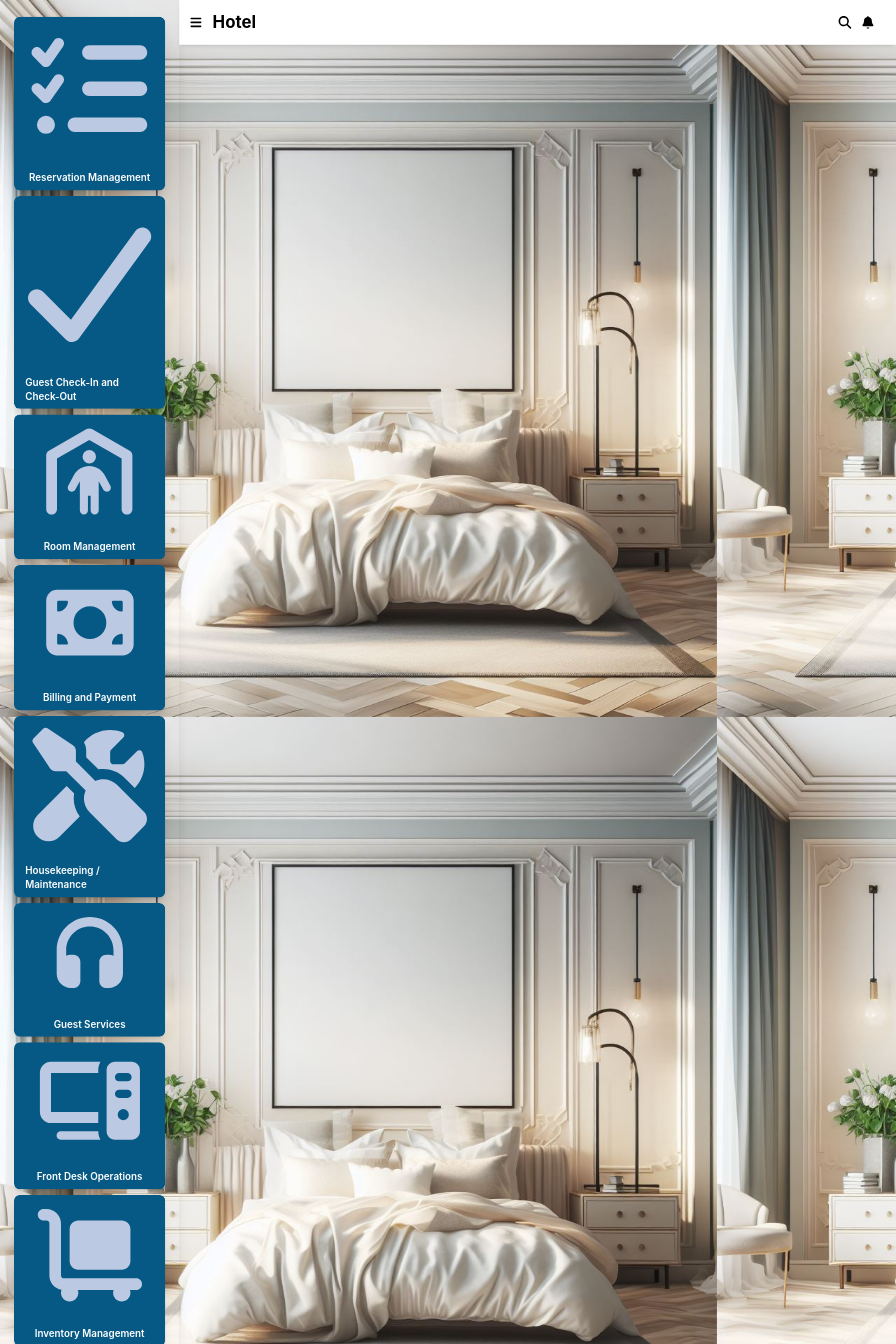
Repository: musabismael/Hotel
Page: /
The author's editor kept a copy of each file at every save. The page is drawn from the files as they stood at one save, then again after a run of saves.
The browser window is 1280 px wide. The pictures show the part of the page from y = 0 to 1920 px (the page is 3016 px tall before and 720 px after), at 70% of full size.
The project was rebuilt for these pictures with package versions that can differ from the ones it lists, and the page was loaded fresh each time. Also part of the build but not shown: vite.config.js, src/App.css, src/pages/ReservationManagement.jsx, src/pages/GuestCheckInOut.jsx, src/pages/RoomManagement.jsx, src/pages/BillingPayment.jsx, src/pages/HousekeepingMaintenance.jsx, src/pages/GuestServices.jsx and 6 more.

Above is the page before, as saved 2023-10-01 18:59:36.

### index.html
<!doctype html>
<html lang="en">
  <head>
    <meta charset="UTF-8" />
    <link rel="icon" type="image/svg+xml" href="/vite.svg" />
    <meta name="viewport" content="width=device-width, initial-scale=1.0" />
    <title>Hotel</title>
  </head>
  <body>
    <div id="root"></div>
    <script type="module" src="/src/main.jsx"></script>
  </body>
</html>

### src/App.jsx
import "./App.css";
import { createBrowserRouter } from "react-router-dom";
import { RouterProvider } from "react-router";
import LandingPageLayout from "./layouts/LandingPageLayout";
import ReservationManagement from "./pages/ReservationManagement";
import GuestCheckInOut from "./pages/GuestCheckInOut";
import RoomManagement from "./pages/RoomManagement";
import BillingPayment from "./pages/BillingPayment";
import HousekeepingMaintenance from "./pages/HousekeepingMaintenance";
import GuestServices from "./pages/GuestServices";
import FrontDeskOperations from "./pages/FrontDeskOperations";
import InventoryManagement from "./pages/InventoryManagement";
import ReportingAnalytics from "./pages/ReportingAnalytics";
import SecurityAccessControl from "./pages/SecurityAccessControl";
import PointOfSale from "./pages/PointOfSale";
import CRM from "./pages/CRM"; // Import the CRM component
const router = createBrowserRouter([
  {
    path: "/",
    element: <LandingPageLayout />,
    children: [
      {
        path: "/reservation_management",
        element: <ReservationManagement />,
      },
      {
        path: "/guestCheckInOut",
        element: <GuestCheckInOut />,
      },
      {
        path: "/billing_and_payment",
        element: <BillingPayment />,
      },
      {
        path: "/room_management",
        element: <RoomManagement />,
      },
      {
        path: "/housekeeping_maintenance",
        element: <HousekeepingMaintenance />,
      },
      {
        path: "/guest_services",
        element: <GuestServices />,
      }, {
        path: "/desk_operations",
        element: <FrontDeskOperations />,
      }, {
        path: "/security_control",
        element: <SecurityAccessControl />,
      },
      {
        path: "/reporting_and_analytics",
        element: <ReportingAnalytics />,
      }, {
        path: "/inventory_management",
        element: <InventoryManagement />,
      },
      {
        path: "/pos",
        element: <PointOfSale />,
      },
      {
        path: "/crm",
        element: <CRM />,
      },
    ],
  },
]);

const App = () => <RouterProvider router={router} />;
export default App;

### src/index.css
@tailwind base;
@tailwind components;
@tailwind utilities;

:root {
  font-family: Inter, system-ui, Avenir, Helvetica, Arial, sans-serif;
  line-height: 1.5;
  font-weight: 400;
  background-image: url("cover.jpeg"), url("cover.jpeg");
  background-color:#397398;

  font-synthesis: none;
  text-rendering: optimizeLegibility;
  -webkit-font-smoothing: antialiased;
  -moz-osx-font-smoothing: grayscale;
  -webkit-text-size-adjust: 100%;
}

### src/layouts/LandingPageLayout.jsx
import { Outlet } from "react-router";
import Header from "../component/Header";
import Sidebar from "../component/Sidebar";
const LandingPageLayout = () => {
  return (
    <div className="flex #3d7c9f">
      <Sidebar />

      <div className="flex-1">
        <Header />
        <main className="p-4">
          <Outlet />
        </main>
      </div>
    </div>
  );
};

export default LandingPageLayout;

### src/component/Header.jsx
import { FontAwesomeIcon } from "@fortawesome/react-fontawesome";
import { faBars, faBell, faSearch } from "@fortawesome/free-solid-svg-icons";

function Header() {
  return (
    <header className="bg-white shadow-md p-4 flex justify-between items-center sticky top-0 w-full  ">
      <div className="flex items-center">
        <FontAwesomeIcon
          icon={faBars}
          className="text-black mr-4 text-lg color"
        />
        <h1 className="text-2xl font-bold text-black">Hotel</h1>
      </div>
      <div className="flex items-center">
        <FontAwesomeIcon icon={faSearch} className="text-black text-lg mr-4" />
        <FontAwesomeIcon icon={faBell} className="text-black text-lg mr-4" />

        {/* Add other icons or elements on the right side here */}
      </div>
    </header>
  );
}

export default Header;

### src/component/Sidebar.jsx
import Card from "./Card";
import {
  faPersonShelter,
  faListCheck,
  faCheck,
  faMoneyBill,
  faScrewdriverWrench,
  faHeadphones,
  faComputer,
  faCartFlatbed,
  faPersonMilitaryPointing,
  faChartBar,
  faKey,
  faBookmark,
} from "@fortawesome/free-solid-svg-icons";

const Sidebar = () => {
  const cardData = [
    {
      id: 1,
      title: "Reservation Management",
      description:
        "Online booking, availability calendar, and booking modification.",
      icon: faListCheck,
      link: "/reservation_management",
    },
    {
      id: 2,
      title: "Guest Check-In and Check-Out",
      description: "Guest registration, check-out, and key card issuance.",
      icon: faCheck,
      link: "/GuestCheckInOut",
    },
    {
      id: 3,
      title: "Room Management",
      description: "Room assignment, status updates, and inventory tracking.",
      icon: faPersonShelter,
      link: "/room_Management",
    },
    {
      id: 4,
      title: "Billing and Payment",
      description: "Invoicing, payment processing, and split billing.",
      icon: faMoneyBill,
      link: "/billing_and_payment",
    },
    {
      id: 5,
      title: "Housekeeping / Maintenance",
      description:
        "Housekeeping schedule, maintenance requests, and inventory management.",
      icon: faScrewdriverWrench,
      link: "/housekeeping_maintenance",
    },
    {
      id: 6,
      title: "Guest Services",
      description:
        "Concierge services, room service, wake-up calls, and laundry services.",
      icon: faHeadphones,
      link: "/guest_services",
    },
    {
      id: 7,
      title: "Front Desk Operations",
      description: "Guest inquiries, check-in/out, and guest profile access.",
      icon: faComputer,
      link: "/desk_operations",
    },
    {
      id: 8,
      title: "Inventory Management",
      description: "Managing hotel supplies and amenities.",
      icon: faCartFlatbed,
      link: "/inventory_management",
    },
    {
      id: 9,
      title: "Reporting and Analytics",
      description: "Generate reports on occupancy, revenue, and key metrics.",
      icon: faChartBar,
      link: "/reporting_and_analytics",
    },

    {
      id: 10,
      title: "Security and Access Control",
      description: "Surveillance camera integration and access control.",
      icon: faKey,
      link: "/security_control",
    },
    {
      id: 11,
      title: "Point of Sale (POS)",
      description:
        "Integration with on-site restaurants, bars, and gift shops.",
      icon: faBookmark,
      link: "/pos",
    },

    {
      id: 12,
      title: "Customer Relationship Management (CRM)",
      description: "Guest profiles, preferences, and loyalty programs.",
      icon: faPersonMilitaryPointing,
      link: "/crm",
    },

    // Add more service/feature objects here
  ];

  const handleCardClick = (id) => {
    console.log(`Card with ID ${id} clicked`);
  };
  return (
    <aside className="bg-white-700  w-1/5 min-h-screen p-4 shadow-lg overflow-y-hidden">
      <nav>
        {cardData.map((card) => (
          <Card
            key={card.id}
            link={card.link}
            icon={card.icon}
            title={card.title}
            onClick={() => handleCardClick(card.id)}
          />
        ))}
      </nav>
    </aside>
  );
};

export default Sidebar;

### src/component/Card.jsx
import { Link } from "react-router-dom";
import { FontAwesomeIcon } from "@fortawesome/react-fontawesome";
function Card({ link, icon, title, onClick }) {
  return (
    <div
      className="max-w-sm  mx-1 my-2 cursor-pointer shadow-lg rounded-lg overflow-hidden hover:shadow-xl transition duration-300 transform hover:scale-105"
      onClick={onClick}
    >
      <div className="bg-sky-800 rounded-lg overflow-hidden shadow-lg flex flex-col items-center justify-center">
        <Link to={link} className="text-blue-600 hover:text-blue-800">
          <FontAwesomeIcon
            icon={icon}
            size="2xs"
            className=" w-auto p-5 h-auto object-cover"
            style={{ color: "#bbc9e2" }}
          />

          <div className="px-4 py-2 items-center">
            <h3 className=" text-white text-sm  flex flex-col text-ellipsis items-center font-semibold">
              {title}
            </h3>
            {/* Add more content or description here if needed */}
          </div>
        </Link>
      </div>
    </div>
  );
}

export default Card;

### tailwind.config.js
/** @type {import('tailwindcss').Config} */
export default {
  content: [
    "./index.html",
    "./src/**/*.{js,ts,jsx,tsx}",
  ],
  theme: {
    extend: {
      fontFamily: {
        'custom': ['CustomFont', 'sans'],
      },
      textColor: {
        'custom': '#333333', // Custom text color
      },
    },
  },
  plugins: [],
}

Loaded but not shown: src/main.jsx (common file)

After the next 3 saves:
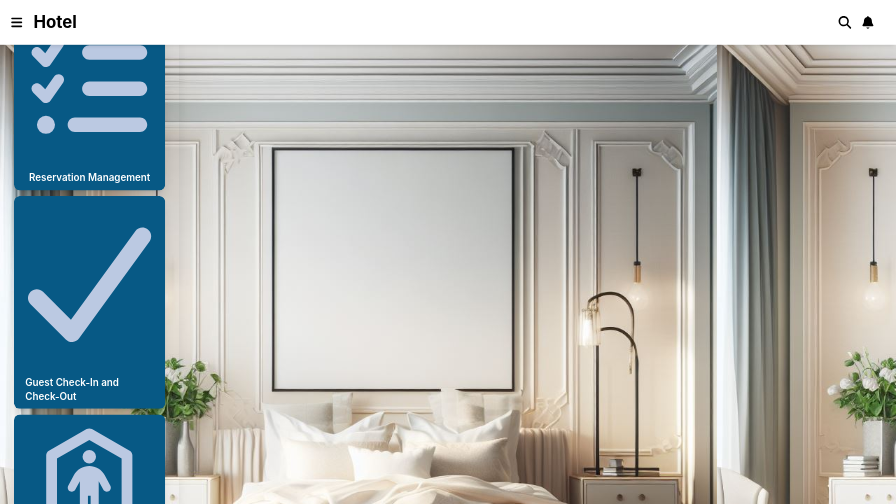
The 3 saves are shown as one change because they came seconds apart.
The last was saved 16 s later.
--- a/src/component/Sidebar.jsx
+++ b/src/component/Sidebar.jsx
@@ -114,7 +114,7 @@
     console.log(`Card with ID ${id} clicked`);
   };
   return (
-    <aside className="bg-white-700  w-1/5 min-h-screen p-4 shadow-lg overflow-y-hidden">
+    <aside className="bg-white-700  w-1/5 min-h-screen p-4 shadow-lg  fixed">
       <nav>
         {cardData.map((card) => (
           <Card

After the save that followed:
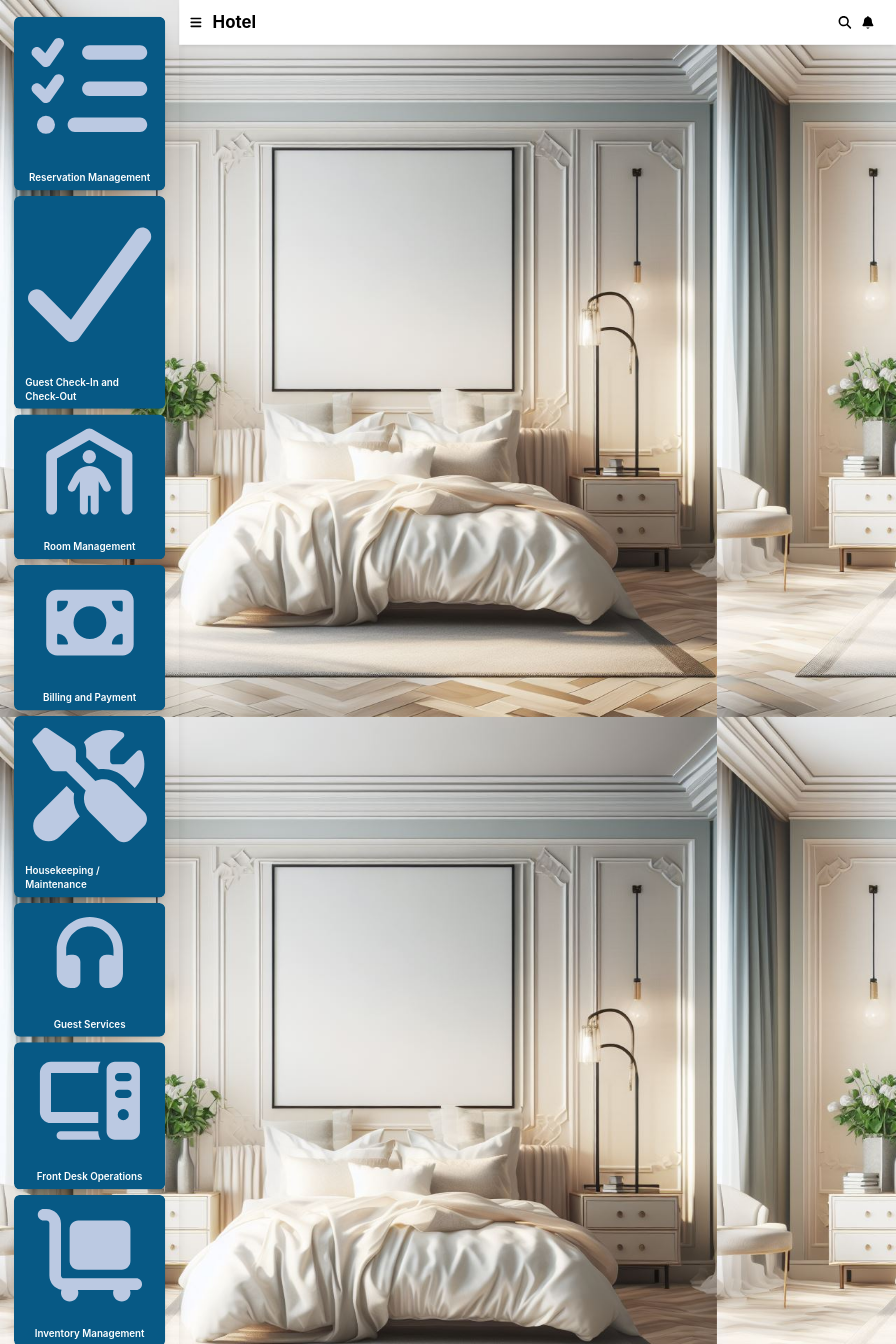
Saved 14 s later.
--- a/src/component/Sidebar.jsx
+++ b/src/component/Sidebar.jsx
@@ -114,7 +114,7 @@
     console.log(`Card with ID ${id} clicked`);
   };
   return (
-    <aside className="bg-white-700  w-1/5 min-h-screen p-4 shadow-lg  fixed">
+    <aside className="bg-white-700  w-1/5 min-h-screen p-4 shadow-lg  ">
       <nav>
         {cardData.map((card) => (
           <Card
